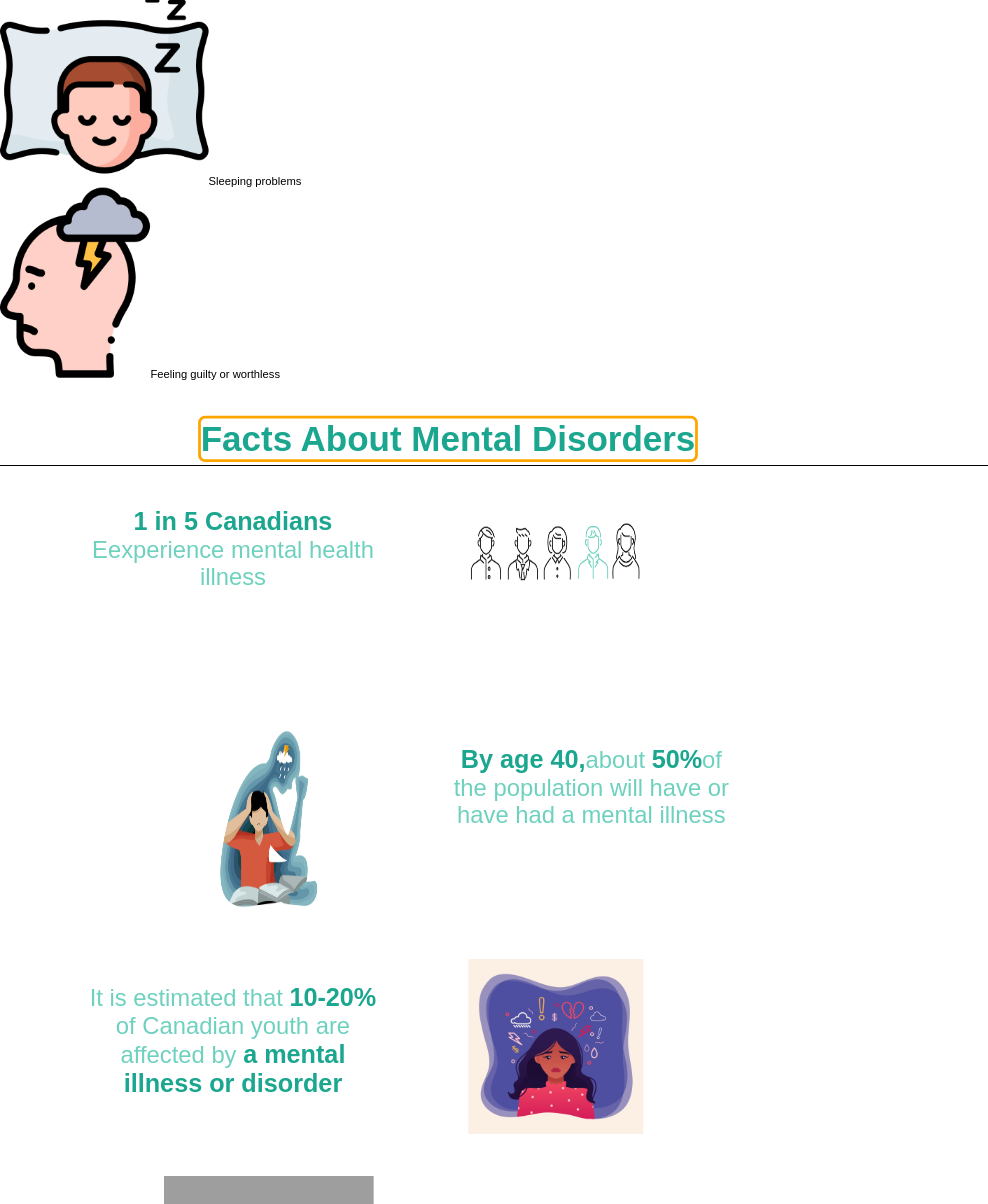
Repository: zzs1/2109-Dynamic-Content-Project
Page: index.html
An editor plug-in stored every save of this project. The page is shown before and after the next save, followed by the edit.
The browser window is 1280 px wide. The page is 1412 px wide, so the pictures cover 1412 px, including what lies to the right of the window. The pictures show the part of the page from y = 4780 to 6500 px (the page is 10199 px tall before and 10235 px after), at 70% of full size.
Pictures or frames that could not be fetched are drawn as grey boxes. Some web fonts or font styles are not loaded; a fallback is used.

Above is the page before, as saved 2021-03-09 11:39:59.

### index.html
<html lang="en">
<head>
  <meta charset="UTF-8">
  <meta name="viewport" content="width=device-width, initial-scale=1.0">
  <link href="index.css" rel="stylesheet" type="text/css" >
  <link rel="preconnect" href="https://fonts.gstatic.com">
  <link href="https://fonts.googleapis.com/css2?family=Saira+Semi+Condensed:wght@500&display=swap" rel="stylesheet">
  <title>Midterm group project for MDIA 2109</title>
</head>
<body>
  <!--please place your code in #main -->
  <div id="main">
    <!--Shin Part: Brain-->
    <div class="header image">
      <div class="headerpic"></div>
      </div>

    <!--Shin Part: Header: Have you take good care of you mental health? -->
    <div class="header caption">
      <img class="headimg" src="comps/caption/headimage.png" alt="image#1">
      <div class="headertitle_back">
      <h1 class="headertitle"></div>
      </h1>
        <img class="sideimg" src="comps/caption/sideimage.png" alt="image#2">
    </div>

    <!--Shin Part: content1: Common symptoms of mental illness -->
    <div class="content center">
      <div class="sub1_back">
      <h1 class="content sub1">Common symptoms of mental illness</h1>
      </div>
      <div class="content form01"><img class='img1'src="reference pictures_/image06.png">Changes in behaviour
       or feelings
      </div>
      <div class="content form02"><img  class='img2' src="reference pictures_/image05.png">Feeling depressed/unhappy </div>
      <div class="content form03"><img  class='img3' src="reference pictures_/image04.png">Emotional outbursts</div>
      <img class="arrow" src="comps/content/Group 13.png" alt="arrowkey">
      <div class="content form04"><img  class='img4'src="reference pictures_/image03.png">Quiet or withdrawn</div>
      <div class="content form05"><img  class='img5'src="reference pictures_/image02.png">Sleeping problems</div>
      <div class="content form06"><img  class='img6'src="reference pictures_/image01.png">Feeling guilty or worthless</div>
    </div>

    <!--Shin: Dont be afraid part-->


    <!--Joyce: Facts about mental disorders  -->
  <div class="joyce_main">
    <h1 id="heading"> Facts About Mental Disorders </h1>

    <div class="ps_container">

      <div class="boxes" id="box1">
          <p class="text">
            <strong class="keyword">1 in 5 Canadians</strong> Eexperience mental health illness
          </p>
          <div class="pic">
            <img src="joyce_code/pic/box1.png" width="250px" height="280px">
          </div>
      </div>

      <div class="boxes"  id="box2">
          <div class="pic">
            <img src="joyce_code/pic/box2.jpg" width="250px" height="280px">
          </div>
          <p class="text">
            <strong class="keyword">By age 40,</strong>about <strong class="keyword">50%</strong>of the population will have or have had a mental illness
          </p>
      </div>

      <div class="boxes" id="box3">
          <p class="text">
            It is estimated that <strong class="keyword">10-20% </strong> of Canadian youth are affected by <strong class="keyword">a mental illness or disorder</strong>
          </p>
          <div class="pic">
            <img src="joyce_code/pic/box3.jpg" width="250px" height="250px">
          </div>
      </div>

      <div class="boxes"  id="box4">
        <div class="pic">
          <img src="joyce_code/pic/box4.jpg" width="300px" height="300px">
        </div>
        <p class="text">
          Almost <strong class="keyword">49% </strong>of those who feel they have suffered from<strong class="keyword"> depression or anxiety</strong> have <strong class="keyword">never gone to see a doctor</strong> about this problem.
        </p>
      </div>

      <div class="boxes"  id="box5">
        <p class="text">
          <strong class="keyword">Anxiety disorders</strong> affect <strong class="keyword">5%</strong> of the household population
        </p>
        <div class="pic">
          <img src="joyce_code/pic/box5.jpg" width="300px" height="300px">
        </div>
      </div>

      <div class="boxes" id="box6">
        <div class="pic">
          <img src="joyce_code/pic/box6.jpg" width="300px" height="300px">
        </div>
        <p class="text">
          People with the highest levels of self-rated distress were <strong class="keyword">32%</strong> more likely to have <strong class="keyword">died from cancer</strong>
        </p>
      </div>

      <div class="boxes" id="box7">
        <p class="text">
          <strong class="keyword">Depression </strong>has been found to be associated with an increased risk of <strong class="keyword">coronary heart disease</strong>
        </p>
        <div class="pic">
          <img src="joyce_code/pic/box7.jpg" width="250px" height="300px">
        </div>
      </div>

    </div>

      <div id="box8">
        <p class="text">
          Today, approximately <strong class="keyword">5% of male youth and 12% of female youth</strong>, age 12 to 19, have experienced a <strong class="keyword">major depressive episode.</strong>
        </p>
        <div class="pic">
          <img src="joyce_code/pic/box8.jpg" width="80%" height="300px">
        </div>
      </div>


  </div>

    <!-- DONT TOUCH!! Chisaki part start from here-->

    <!--Card question section-->
    <div class="container cardquestions">
      <div class="title"></div>
    <div class="card"></div>
    </div>
    <!--Time to look after your mental health section-->
    <div class="container mid">
      <h1 class="midtitle">Time to look after your mental health</h1>
      <img src="comps/icon/midpic.jpg" alt="mental health" max-width="300px" height="300px" />
    </div>

    <!--Pick Icons for more info part-->
    <div class="container iconsection">
      <div class="title2"></div>
      <h3 class="subtitle">Pick icons for infomation</h3>
      <div class="icon" onclick="myFunction()"></div>
      <div class="hidden" id="panel">
        <div class="info"></div>
      </div>
    </div>

    <!--DONT TOUCH!! Chisaki part ends-->

    <!--For Joyce, next part write from here as long as it is main content. If it is footer, please place the code underneath </div> with <footer>-->
      <div  id="bottom">
        <div id="right">
            <div id="content">
            For quick mental testing for <br>yourself and learn more about mental illness, download RETHERAPHY from  </div>
            <div id="logo"><a href="https://play.google.com/store"><img  src=joyce_code/pic/google.png alt="appstore" width=180 height=100></img></a><br>
                <a href="https://www.apple.com/ca/app-store/"><img  src=joyce_code/pic/apple.png alt="appstore"  width=180 height=100></img></a>
            </div>
        </div>
      <div id="showcase"><img  src="joyce_code/pic/phone.png" alt="apps phone" width="220" height="450"> </div>
    </div>

  </div>

  <!--DONT TOUCH !! Chisaki scripts start from here-->
  <script src="comps/card/index.js"></script>
  <script src="comps/Title/index.js"></script>
  <script src="comps/icon/index.js"></script>
  <script src="comps/Info/index.js"></script>
  <script src="index.js"></script>
  <script>
    function myFunction() {
      document.getElementById("panel").style.display = "block";
    }
    document.getElementById("icon1").onclick = function (){
      document.getElementById("info1").style.display = "block";
      document.getElementById("info2").style.display = "none";
      document.getElementById("info3").style.display = "none";
      document.getElementById("info4").style.display = "none";
      document.getElementById("info5").style.display = "none";
      document.getElementById("info6").style.display = "none";
    }
    document.getElementById("icon2").onclick = function (){
      document.getElementById("info2").style.display = "block";
      document.getElementById("info1").style.display = "none";
      document.getElementById("info3").style.display = "none";
      document.getElementById("info4").style.display = "none";
      document.getElementById("info5").style.display = "none";
      document.getElementById("info6").style.display = "none";
    }
    document.getElementById("icon3").onclick = function (){
      document.getElementById("info3").style.display = "block";
      document.getElementById("info1").style.display = "none";
      document.getElementById("info2").style.display = "none";
      document.getElementById("info4").style.display = "none";
      document.getElementById("info5").style.display = "none";
      document.getElementById("info6").style.display = "none";
    }
    document.getElementById("icon4").onclick = function (){
      document.getElementById("info4").style.display = "block";
      document.getElementById("info1").style.display = "none";
      document.getElementById("info2").style.display = "none";
      document.getElementById("info3").style.display = "none";
      document.getElementById("info5").style.display = "none";
      document.getElementById("info6").style.display = "none";
    }
    document.getElementById("icon5").onclick = function (){
      document.getElementById("info5").style.display = "block";
      document.getElementById("info1").style.display = "none";
      document.getElementById("info2").style.display = "none";
      document.getElementById("info3").style.display = "none";
      document.getElementById("info4").style.display = "none";
      document.getElementById("info6").style.display = "none";
    }
    document.getElementById("icon6").onclick = function (){
      document.getElementById("info6").style.display = "block";
      document.getElementById("info1").style.display = "none";
      document.getElementById("info2").style.display = "none";
      document.getElementById("info3").style.display = "none";
      document.getElementById("info4").style.display = "none";
      document.getElementById("info5").style.display = "none";
    }
    </script>
    <!--DONT TOUCH !! Chisaki scripts ends here-->

</body>
</html>

### index.css
html,body {
  margin:0;
  font-family: 'Saira Semi Condensed', sans-serif;
}

#main {
  width:100vw;
  height:100vh;
  display:flex;
  flex-direction: column;

}
/*Joyce part starts from here*/
.joyce_main{
  width:100vw;
  display:flex;
  flex-direction:column;
  align-self: start;
  align-items:center;
  margin:50px 0;
}
#heading{
  margin-top: 50px;
  font-size: 50px;
  color:#1BA68F;
  border:4px solid  orange;
  max-height:30%;
  max-width: 80%;
  border-radius: 10px;
  text-align: center;
  margin:0;
}
#heading:hover{
animation: skew 2s infinite;
transform: skew(12deg);
animation-direction: alternate;
opacity: .8;
}

@keyframes skew {
0% {
  transform: skew(20deg, 20deg);
}
100% {
  transform: skew(-20deg, -20deg);
}
}

.ps_container {
  width:100%;
  display:flex;
  flex-direction:column;
  justify-items: center;
  align-items: center;


}
.boxes{


  max-width: 80%;
  flex-grow: 1;
  display:flex;
  flex-direction:row;
  text-align: center;
  margin:30px 0;
}



.text{

  display: inline;
  max-width: 40%;
  color:#6ED1BF;
  font-size: 34px;
}

.text:hover{
  text-shadow: 2px 2px 10px #CBC2C2;
}

.pic{
  justify-items: center;
  width: 50%;
  transition: transform .2s; /* Animation */
   }

.pic:hover {
      transform: scale(1.2);

}

.pic > img {
  display: block;
  margin-left: auto;
  margin-right: auto;
}

.keyword{
  color:#1BA68F;
  font-size: 36px;
}
#box8 {
  width:80%;
  justify-content: center;
  align-items: center;
  flex-direction: column;
}

#box8 > .pic{
  width:80%;
  display: block;
  margin-left: auto;
  margin-right: auto;

}

/*Joyce part ends here*/


/* DONT TOUCH !! Chisaki Part Start from here */
.container {
 min-width:100%;
}
.cardquestions{
  background-color:#1BA68F;
}
.card {
  display:flex;
  flex-direction:row;
  flex-wrap: wrap;
  justify-content:center;
  align-items: center;
  margin:30px;
  font-family: 'Saira Semi Condensed', sans-serif;
}
.mid{
  background-color:#FFFFFF;
  text-align: center;
}
.midtitle {
 color:#1BA68F;
 font-family: 'Saira Semi Condensed', sans-serif;

}

.iconsection {
  background-color:#FFAA81;

}
.title,.title2{
  display: flex;
  justify-content:center;
  align-items: center;
  margin:30px;
  font-family: 'Saira Semi Condensed', sans-serif;
}

.icon {
  display: flex;
  flex-wrap: wrap;
  justify-content:center;
  align-items: center;
  margin:10px;
  font-family: 'Saira Semi Condensed', sans-serif;

}
.subtitle {
  color:#FFEBE4;
  text-align: center;
  font-family: 'Saira Semi Condensed', sans-serif;
}
.hidden{
  display:none;
}
.info {
justify-content: center;
align-items: center;
font-family: 'Saira Semi Condensed', sans-serif;
}

/* DONT TOUCH !!Chisaki Part End here*/

/*Joyce CSS buttom part styling starts from here*/
#bottom{
  margin:0;
  background-color:#3EB7B2;
  color:white;
  display:flex;
  justify-content: center;
}
#right{
  margin-top: 16%;
  display:flex;
  flex-direction: column;
  max-width: 40%;
  justify-content: flex-start;
}
#showcase{
  margin-top: 10%;
  max-width: 40%;
  justify-content: flex-end;
}

#logo{
  margin-left: 16%;
}
#content{
  font-size: 20px;
  margin-bottom: 10%;
  max-width: 80%;
}
#logo img{
  margin-bottom: 5%;
}

### comps/card/index.js
function CardUI(title='question',option1='text1', option2='text2', option3='text3',backtitle="Answer",content="answer paragraphs"){
  return`
  <div style='
  background-color:#6ED1BF;
  max-height:350px;
  max-width:200px;
  border-radius:10px;
  border:5px solid #FFFFFF;
  margin:20px;
  '
  onclick='CardUI.HandleClick(this)'
  >

    <div class="front" style='
    transition: opacity 1s;
    opacity: 1;
    '
    >
      <h3 style='
      color:#FFFFFF;
      text-align:center;
      margin:10px;
      '>
        ${title}
      </h3>

      <div style='
      display:flex;
      flex-direction:column;
      margin:50px 20px;

      '>
        <div style='
        display:flex;
        flex-direction:row;
        margin:10px;
        '>

          <input name='question'
          type=radio />
            <p style='
            color:#FFEBE4;
            margin:0;
            margin-left:10px;
            '>${option1}
            </p>
        </div>

        <div style='
        display:flex;
        flex-direction:row;
        margin:10px;
        '>

          <input name='question'
          type=radio />
            <p style='
            color:#FFEBE4;
            margin:0;
            margin-left:10px;
            '>
            ${option2}
            </p>
        </div>

        <div style='
        display:flex;
        flex-direction:row;
        margin:10px;
        '>

          <input name='question'
          type=radio />
            <p style='
            color:#FFEBE4;
            margin:0;
            margin-left:10px;
            '>
            ${option3}
            </p>
        </div>
      </div>
    </div>

    <div class="back" style='
    display: flex;
    flex-direction:column;
    position: relative;
    justify-content: center;
    align-items: center;
    top: -350px;
    transition: opacity 1s;
    opacity: 0;
    '>
      <h3 style='
      color:#FFEBE4;
      text-align:center;
      margin:10px;

      '>
        ${backtitle}
      </h3>
      <p style='
      color:#FFFFFF;
      text-align:center;
      margin:10px;
      '>
      ${content}
      </p>
    </div>
  </div>
`}

//export const Card = CardUI();
CardUI.HandleClick = (el) => {
  el.querySelector(".front").style.opacity= 0;
  el.querySelector(".back").style.opacity = 1;
}

### comps/Title/index.js
function TitleUI(bgcolor="#FFFFFF", bodercolor="#FFD4C1",text="title", font="#FFAA81"){
return`<div style='
width:300px;
height:70px;
border-radius:20px;
background-color:${bgcolor};
border:5px solid ${bodercolor};

'>
<h3 style='
color:${font};
text-align:center;
'>${text}</h3>
</div>
`
}
//export const Title = TitleUI();

### comps/icon/index.js
function IconUI(id="id",url="https://placekitten.com/300/300",text="icon"){
  return`<div style='
  width:100px;
  height:100px;
  background-color:#FFEBE4;
  margin:10px;
  text-align:center;
  '
  id='${id}'
  onmouseover='IconUI.HandleClick(this)'

  '>

    <div class="front" style='
    transition: opacity 1s;
    opacity: 1;
    '
    >
      <img style='
      width:70px;
      height:70px;
      object-fit:cover;
      margin:15px;
      box-shadow:0 6px 10px 0 rgba(0, 0, 0, 0.4);
      'src='${url}' />

    </div>

    <div class="mouseover" style='
    display: flex;
    flex-direction:column;
    position: relative;
    justify-content: center;
    align-items: center;
    top: -90px;
    transition: opacity 1s;
    opacity: 0;
    '>
      <p style='
      color:#646464;
      font:21px;
      '>
      ${text}
      </p>
    </div>
  </div>
`}

//export const Icon = IconUI();

IconUI.HandleClick = (el) => {
  //in the UI's case, el is the div itself
  el.querySelector(".front").style.opacity= 0.4;
  el.querySelector(".mouseover").style.opacity = 1;

  //onclick

}

### comps/Info/index.js
function InfoUI(id="id",url="https://placekitten.com/300/300",title="h3title",text="paragraphs here"){
  return`<div class="container"
  id="${id}"
  style='
  width:100vw;
  display:flex;
  flex-direction:column;
  text-align:center;
  align-items:center;

  '>
    <img style='
    width:150px;
    height:150px;
    'src='${url}' />

      <div class=psbox
      style='
      display:flex;
      flex-direction:column;
      align-items:center;
      margin:20px;
      '>
        <h3 style='
        color:#1BA68F;
        '>
        ${title}
        </h3>
        <p style='
        color:#FFEBE4;
        width:70%;
        '>
        ${text}
        </p>

    <div>
  </div>
  `
  }
  //export const Info = InfoUI();
  function clickedButton(){
    document.getElementById("container").style.display = "none";
  }

### index.js
// DONT TOUCH !!Chisaki JS start from here
document.querySelector(".title").innerHTML += TitleUI("#FFFFFF","#1BA68F","Top 3 Mental illness in US","#1BA68F");
document.querySelector(".card").innerHTML += CardUI("What is top 1 Mental illness ?", "Bipolar disorder", "Anxiety disorder", "Major depressive disorder","Anxiety disorder","Symptoms can include excessive worrying, feeling agitated, <strong style='color:#FFF511;'>restlessness</strong>, fatigue, tense muscles, difficulty <strong style='color:#FFF511;'>sleeping, and panic attacks</strong>");
document.querySelector(".card").innerHTML += CardUI("What is 2nd Mental illness ?", "Bipolar disorder", "Anxiety disorder", "Major depressive disorder","Major depressive disorder", "Symptoms include <strong style='color:#FFF511;'>depressed mood</strong>, change in weight, appetite and sleep patterns, fatigue, and a <strong style='color:#FFF511;'>feeling of worthlessness</strong>");
document.querySelector(".card").innerHTML += CardUI("What is 3rd Mental illness ?", "Bipolar disorder", "Anxiety disorder", "Major depressive disorder","Bipolar disorder","Symptoms  include experience <strong style='color:#FFF511;'>manic episodes</strong> where their moods and behaviors are drastically different than normal.");
document.querySelector(".title2").innerHTML += TitleUI("#FFFFFF","#FFD4C1","How to improve your mental health?","#FFAA81");
document.querySelector(".icon").innerHTML += IconUI("icon1",'comps/icon/pic1.svg',"EAT WELL");
document.querySelector(".icon").innerHTML += IconUI("icon2",'comps/icon/pic2.svg',"STRECHING");
document.querySelector(".icon").innerHTML += IconUI("icon3",'comps/icon/pic3.jpg',"STOP TOBBACO");
document.querySelector(".icon").innerHTML += IconUI("icon4",'comps/icon/pic4.svg', "TREAT YOURSELF");
document.querySelector(".icon").innerHTML += IconUI("icon5",'comps/icon/pic5.svg', "CHAT CHAT CHAT");
document.querySelector(".icon").innerHTML += IconUI("icon6",'comps/icon/pic6.svg', "PLAN YOUR GOAL");
document.querySelector(".info").innerHTML += InfoUI("info1",'comps/icon/pic1.svg',"Eat and drink to optimize your health","Eating healthy is not only good for your physical health, but also for your mental health. some people release their stress by eating junk foods, taking caffeine, or drinking alcohol, but it is not a good way to release your stress in the long run. Consider making healthy eating and drinking habits. ");
document.querySelector(".info").innerHTML += InfoUI("info2",'comps/icon/pic2.svg',"Exercise regularly","Try to do some exercises because we can ease our stress by moving our body. You can try non-competitive exercises, such as aerobics, weight training, and yoga. According to the study, aerobic exercise can release endorphins which are natural substances that make your feeling better and keep you being positive.");
document.querySelector(".info").innerHTML += InfoUI("info3",'comps/icon/pic3.jpg',"Stop using tobacco and nicotine products","Did you know smoking is not only bad for your physical health, but also mental health? Smoking increases your anxiety and tension. In fact, if you try to stop smoking and get rid of the nicotine, you would feel irritable and anxious due to the signals from certain chemicals in the brain.");
document.querySelector(".info").innerHTML += InfoUI("info4",'comps/icon/pic4.svg', "Study and practice relaxation techniques", "Finding your relaxation way is really important to relieve your stress. It can be anything that you would like to do, such as taking a long bath, deep breathing, doing mindfulness meditation, or daydreaming. In <strong style='color:#1BA68F;'>retheraphy</strong>, we are also introducing some popular relaxation ways.");
document.querySelector(".info").innerHTML += InfoUI("info5",'comps/icon/pic5.svg', "Talk how you feel to someone","By talking your concerns to someone else, you can organize your feeling. Moreover, someone may give you some advice for your concerns. It is always a good idea to talk your feelings to people you trust. If your concerns are really personal ones, you can also reach out to some professional consultants.");
document.querySelector(".info").innerHTML += InfoUI("info6",'comps/icon/pic6.svg', "Set realistic goals and expectations", "By setting realistic goals and achieving small goals step by step, you can get more and more confident on yourself. For example, if you are trying to go on diet, you can start by walking 1 or 2 bus stops distance once or twice a week. When you making a plan, it is a good idea to consider your plan for the long run.");
// DONT TOUCH !!Chisaki JS End here

After the next save:
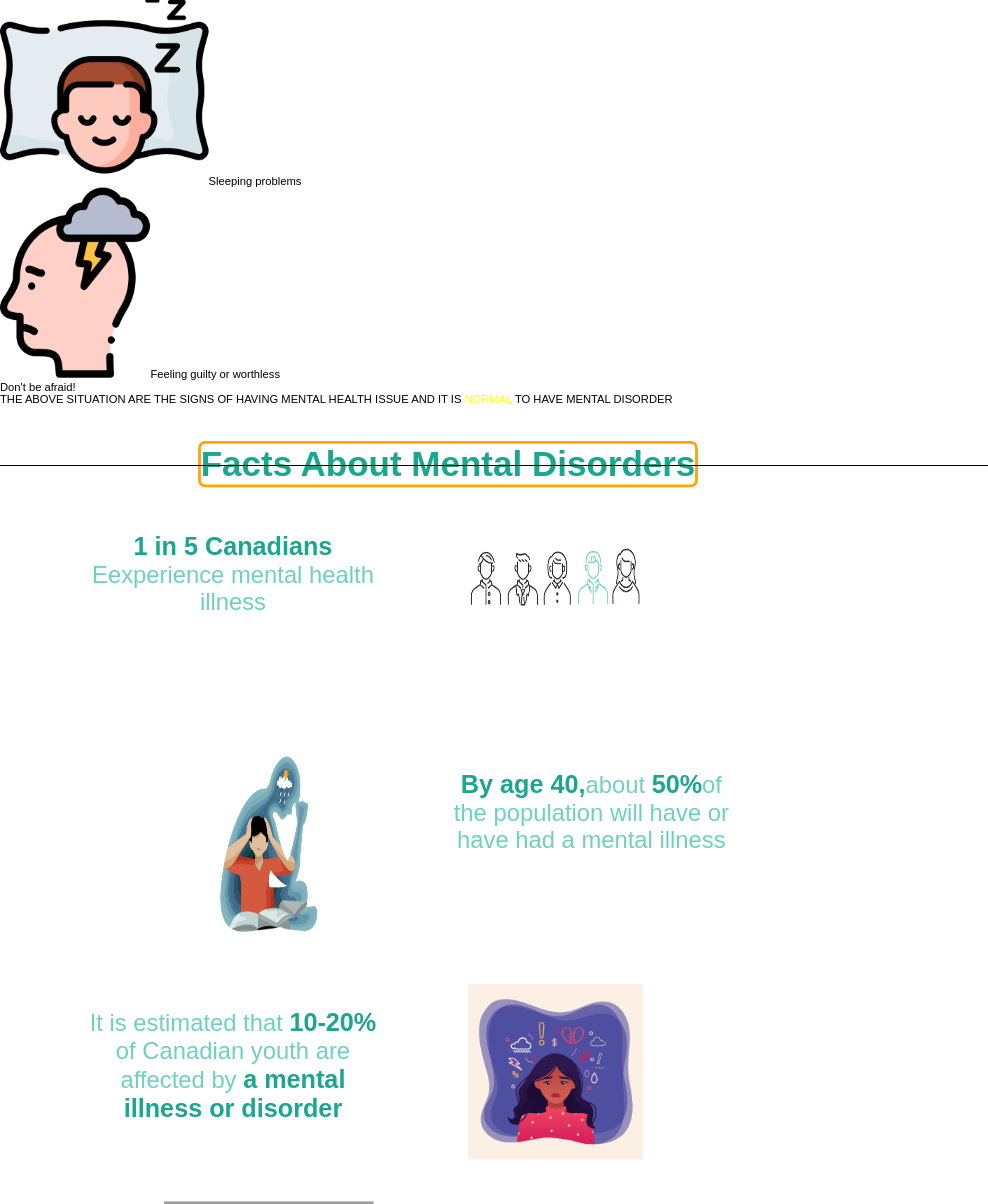
Saved 8 s later.
--- a/index.html
+++ b/index.html
@@ -41,7 +41,11 @@
     </div>
 
     <!--Shin: Dont be afraid part-->
-
+    <div class="foot cap">
+      <div class="footline">Don't be afraid!</div>
+      <div class="footpara">THE ABOVE SITUATION ARE THE SIGNS OF
+        HAVING MENTAL HEALTH ISSUE AND IT IS <span style="color: yellow;">NORMAL</span> TO HAVE MENTAL DISORDER</div>
+    </div>
 
     <!--Joyce: Facts about mental disorders  -->
   <div class="joyce_main">
